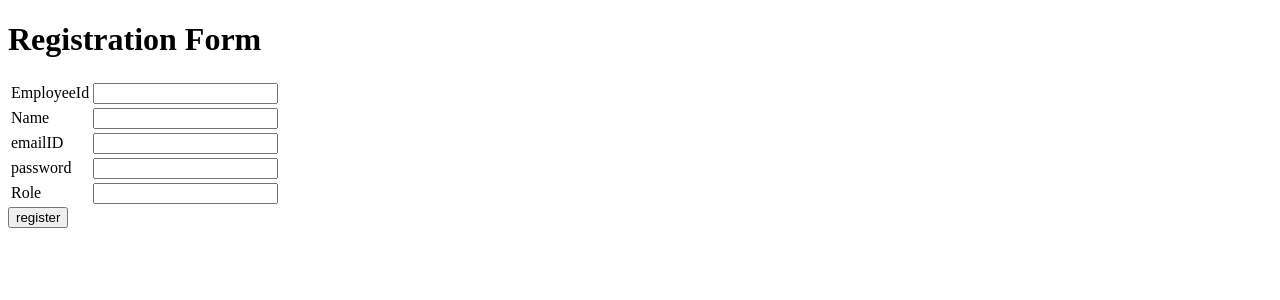
Repository: SowmyaReddy84/NewProductTraining
Page: http://localhost/SkillMappingProject/register.jsp
The author's editor kept a copy of each file at every save. The page is drawn from the files as they stood at one save, then again after the next save.
The browser window is 1280 px wide. The pictures show the whole page.
The page is served by Tomcat 9.

Above is the page before, as saved 2018-04-19 11:21:53.

After the next save:
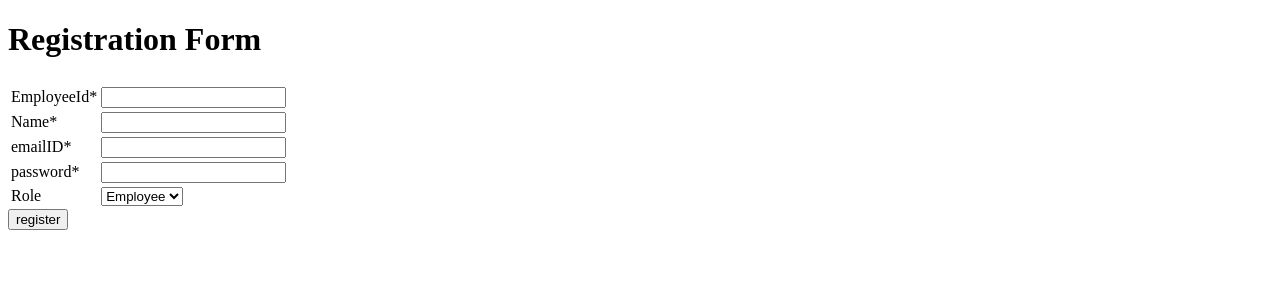
Saved 18 s later.
--- a/JSPServlet/SkillMappingProject/WebContent/register.jsp
+++ b/JSPServlet/SkillMappingProject/WebContent/register.jsp
@@ -1,35 +1,46 @@
 <%@ page language="java" contentType="text/html; charset=ISO-8859-1"
-    pageEncoding="ISO-8859-1"%>
+	pageEncoding="ISO-8859-1"%>
 <!DOCTYPE html PUBLIC "-//W3C//DTD HTML 4.01 Transitional//EN" "http://www.w3.org/TR/html4/loose.dtd">
 <html>
 <head>
 <meta http-equiv="Content-Type" content="text/html; charset=ISO-8859-1">
-<title>Insert title here</title>
+<title>Register</title>
 </head>
 <body>
+
 	<h1>Registration Form</h1>
 	<div class="ex">
-		<form action="RegistrationController" method="post">
+
+		<form action="RegisterationController" method="post">
 			<table style="with: 50%">
 			<tr>
-					<td>EmployeeId</td>
+			<font color="red""></font><td>${messages.Required}</td></font>
+			</tr>
+				<tr>
+					<td>EmployeeId*</td>
 					<td><input type="text" name="EmployeeId" /></td>
 				</tr>
 				<tr>
-					<td> Name</td>
+					<td>Name*</td>
 					<td><input type="text" name="name" /></td>
 				</tr>
 				<tr>
-					<td>emailID</td>
-					<td><input type="text" name="emailID" /></td>
+					<td>emailID*</td>
+					<td><input type="text" name="emailID" /></td><td>${messages.emaiId}</td>
 				</tr>
 				<tr>
-					<td>password</td>
-					<td><input type="text" name="password" /></td>
+					<td>password*</td>
+					<td><input type="password" name="password" /></td>
 				</tr>
 				<tr>
 					<td>Role</td>
-					<td><input type="text" name="role" /></td>
+					<td>
+					<select name="role">
+						<option value="HR">HR</option>
+						<option value="Employee" selected="selected">Employee</option>
+						<option value="Employer">Employer</option>
+					</select>
+					</td>
 				</tr>
 
 
